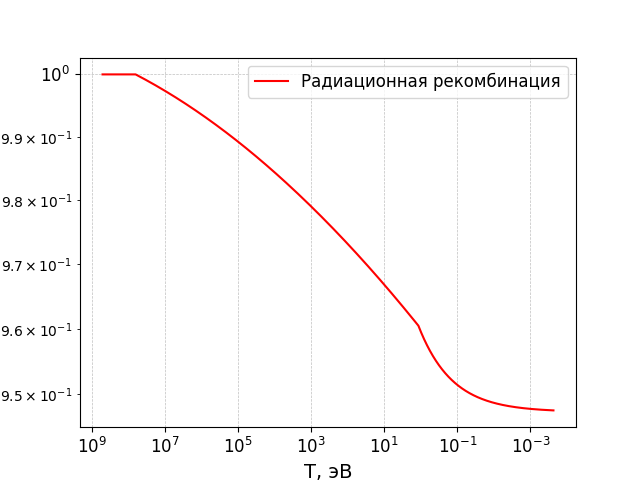
Repository: impermast/recombination
Script's output: python raschet/rec.py
An editor plug-in stored every save of this project. The script's output is shown before and after the next save, followed by the edit.
Random numbers start from a fixed seed.

Above is the script's output before, as saved 2023-05-17 16:11:39.

### raschet/rec.py

from math import gamma as Gamma
import numpy as np
from numpy import sqrt as sqrt
import matplotlib.pyplot as plt
from matplotlib import colors,ticker
from scipy import integrate
import seaborn as sns
import pandas as pd


#LOGIC -- 1 download data, else generate new
logic = 10
err=10**(-2)
#consts
#E ~ eV
ma = 100*10**9 #ev
mb = 1*10**12 #ev
alpha = 1/10 #none

beta = 14/5
sigma = 8*np.pi*(alpha/ma)**2/3
r0 = 4.7*10**(-13) #r T_rec
T0 = 2.35*10**(-4) #our time
m_pl = 1.22*10**(19+9) #plank mass ev
h_md = 3.08*10**(-14)  #from artile
t_rm = 1.2             #time of rd md transition
t_mod = 4.4*10**(17+16)/(6.582) #
I = ma*alpha*alpha/2 #ev Ionisation potential
mu = ma*mb/(ma+mb)  #reduced weight
s0 = (4*np.pi)**(2/5) *np.pi* (alpha/mu)**2 #coef in kramers
kappa = 43/345
B = alpha*mu/2
Ta = 0.2*10**6*(ma/(100*10**9))**(3/2)*(1/(100*alpha))
Tny = Ta*kappa**(-1/3)/sqrt(np.pi)

def g_s(T):
    return 2+2*8*(T>200*10**6)+ 7/8*(2*2*(T>0.5/3*10**6))+ 2*2*(T>100/3*10**6) + 2*2*(T>2/3*10**9) + 2*1*3*(T>=10**6)+2*1*3*4/11*(T<10**6)+ 2*2*3*2*(T>200*10**6) + 2*2*3*(T>200*10**6) + 2*2*3*(T>1.8/3*10**9) + 2*2*3*(T>4.5/3*10**9)+ 7/8*2*2*3*(T>171/3*10**9)
def g_e(T):
    return 2+2*8*(T>200*10**6)+ 7/8*(2*2*(T>0.5/3*10**6))+ 2*2*(T>100/3*10**6) + 2*2*(T>2/3*10**9) + 2*1*3*(T>=10**6)+ 2*1*3*(4/11)**(4/3)*(T<10**6)+ 2*2*3*2*(T>200*10**6) + 2*2*3*(T>200*10**6) + 2*2*3*(T>1.8/3*10**9) + 2*2*3*(T>4.5/3*10**9)+ 7/8*2*2*3*(T>171/3*10**9)


def H(t):
    # Hubble const on RD and MD from temperature
    if t < t_rm:
        #MD
        return h_md/m_pl**(1/2)
    else:
        return 5.5*np.sqrt(g_e(t_rm)/11)/m_pl


def lim_3b(x):
    """
    Function that calculs limit on 3body recombination density

    x(list):    Temperature of O-fotons

    return list of density of unrecombined particles
    """
    r_pit = (Ta**2/(x**4)) / ((4*np.pi*alpha)**3 *r0*(2*np.pi**2*g_s(x)/45)*sqrt(ma/mb))
    return r_pit


def heatplot(df):
    # heatplot of maximal denity for different model parameters
    sns.set_theme(style="dark")
    sns.set_style("ticks")
    fig, ax = plt.subplots(figsize=(9, 6))
    sns.heatmap(df, annot=True, linewidths=.5, ax=ax, cmap='coolwarm', cbar_kws={'label': 'Значения относительной плотности'})
    ax.set(xlabel=r'$m_a$, эВ', ylabel=r'$\alpha_y$', title='Относительная плотность прорекомбинировавших частиц для различных параметров модели')
    ax.xaxis.set_major_formatter(ticker.FuncFormatter(lambda x, pos: f'$10^{{{(x-0.5):.0f}}}$'))
    ylabels = ["{:0.1f}".format(float(item.get_text()))
                for item in ax.get_yticklabels()]
    xlabels = ["$10^{%0.0f}$"%(np.log10(float(item.get_text()))) for item in ax.get_xticklabels()]
    ax.set_yticklabels(ylabels)
    ax.set_xticklabels(xlabels)
    plt.xticks(rotation=0)

    # Add contour lines
    # x = np.arange(df.shape[1])
    # y = np.arange(df.shape[0])
    # X, Y = np.meshgrid(x, y)
    # levels = np.linspace(df.values.min(), df.values.max(), 10)
    # CS = ax.contour(X + 0.5, Y + 0.5, df.values, levels, colors='k')
    # ax.clabel(CS, inline=True, fontsize=10, fmt='%1.1f')
    # plt.show()

def kriteria(alp_range,m_range):
    """
    Creation of dataframe of maximal density of recombined particles from different alpha and ma (model parameters)

    dens(list):  2D massive of density data
    alp_range(list):    1D list of parameters alpha
    m_range(list):      1D list of electron mass parameter
    krit(list):         1D list of density, that used to find point where limit and 3body recombination density are equal

    create csv file of dataframe
    """
    dens = [0]*len(alp_range)
    dens1 = []
    k=0
    for alpha in alp_range:
        for ma in m_range:
            [T,rk,r3,rc,rlim] = calc(alpha,ma,mb)
            krit=[i for i, j in zip(r3, rlim) if abs(i-j)<err and i<0.1]
            try: dens1.append(float(-np.log(krit[-1])))
            except IndexError: dens1.append(0)
        dens[k]=dens1
        dens1=[]
        print("At ",k+1,"  itteration")
        k+=1
    df = pd.DataFrame(dens, index=alp_range,columns=m_range)
    df.to_csv('data.csv')

def calc(alpha,ma,mb):
    """
    Calculates the temperature-dependent rates for various processes.

    Args:
        I (float): Initial temperature of photons.
        T0 (float): Present-day temperature of photons.
        kappa (float): Ratio of photon number density to baryon number density.
        lim_3b (function): Function that calculates the three-body rate limit.
        t_rm (float): Time of radiation-matter equality.
        alpha (float): Fine-structure constant.
        ma (float): Mass of electron.
        mb (float): Mass of baryon.
        beta (float): Power law index.
        g_s (function): Function that calculates the entropy degrees of freedom.
        s0 (float): Present-day entropy density.
        m_pl (float): Planck mass.
        mu (float): Ratio of proton mass to electron mass.

    Returns:
        list: A list containing the temperature-dependent rates for various processes.
    """
    T = [] # Temperature of photons
    z = [] #redshift
    rk = [] # r for kramerz

    #after decouple of dphoton
    i = 0
    T = [(I)]
    z = [T[i]/T0 -1]
    rk = [1] #initial r=1 Kramers case
    r3b = [1] #3body case
    rcl = [1] #classical
    rlim =[lim_3b(T[i])] #pitevski lim

    #until O-photons decouple
    while T[i]>(I/10)*kappa**(-1/3):
        i = i+1
        T = T + [T[i-1]/2]
        rk = rk + [1]
        r3b = r3b+[1]
        rcl = rcl+[1]
        rlim = rlim + [lim_3b(T[i])]
        z.append(T[i]/T0 -1)

    # until RD MD transition
    j = i
    while T[i]>t_rm:
        i=i+1
        T = T + [T[i-1]*0.9]
        z.append(T[i]/T0 -1)
        rk = rk + [(1+4.71*10**8*r0*((np.log(np.sqrt(I*Ta/T[i])))**2-(np.log(np.sqrt(I*Ta/T[j])))**2))**(-1)]
        D = (2*np.pi**2*g_s(T[i])/45)**2 * (4*np.pi*alpha)**5 * (2*np.sqrt(ma)*Ta**(9/2)/mb) / H(T[i])
        r3b = r3b + [(1+ D*2/5*r0*r0*(T[i]**(-5)-I**(-5)))**(-1/2)]

        Dcl = Gamma(2-beta/2)*g_s(T[i])*s0*m_pl*(mu*Ta)**((beta-1)/2)/ ((beta-2)*2**((beta-3)/2)*np.sqrt(45*g_s(T[j])))
        rcl = rcl + [(1+Dcl*r0*(T[i]**(2-beta)-T[j]**(2-beta)))**(-1)]
        rlim = rlim + [lim_3b(T[i])]

    #until now
    j=i
    rk_rm=rk[j]
    rcl_rm=rcl[j]
    r3b_rm = r3b[j]
    while T[i]>T0:
        i=i+1
        T = T + [T[i-1]*0.99]
        z.append(T[i]/T0 -1)
        rk = rk + [rk_rm*(1+1.7*10**9*rk_rm*r0*(T[j]**0.5*(np.log(np.sqrt(I*Ta/T[j]))+2)-T[i]**0.5*(np.log(np.sqrt(I*Ta/T[i]))+2)))**(-1)]
        D = (2*np.pi**2*g_s(T[i])/45)**2 * (4*np.pi*alpha)**5 * (2*np.sqrt(ma)*Ta**(9/2)/mb) / H(T[i])
        r3b = r3b +[r3b_rm*(1+D*r3b_rm*r3b_rm*r0*r0* 4/9 * (T[i]**(-9/2)-T[j]**(-9/2)))**(-1/2)]
        Dcl = Gamma(2-beta/2)*g_s(T[i])*s0*m_pl*(mu*Ta)**((beta-1)/2)/ ((beta-2.5)*2**((beta-3)/2)*np.sqrt(45*g_s(T[j])))/np.sqrt(t_rm)
        rcl = rcl + [rcl_rm*(1+Dcl*rcl_rm*r0*(T[i]**(2.5-beta)-T[j]**(2.5-beta)))**(-1)]
        rlim = rlim + [lim_3b(T[i])]

    return [T,rk,r3b,rcl,rlim]


def graphlim(T,rk,r3,rcl,rlim):
    # graphplotter used to plot r(T) graphs
    fig, ax = plt.subplots(1,1)
    ax.plot(T,r3,'b',label ="Трехчастичная рекомбинация")
    ax.plot(T,rlim, "--g",label ="Предел применимости")
    # ax.plot(T,r2,'g', label ="Радиационная рекомбинация")
    ax.set_xlabel('T, эВ', fontsize=14)
    ax.set_ylabel(r'$r/r_0$', fontsize=14)
    ax.set_xlim([10**7, 10**3])
    ax.set_ylim([10**(-10), 10**(8)])
    ax.text(10**(4.5), 10**(-7),
            r'$m_a = 10^{%0.0f}$ эВ'%(np.log10(ma))+"\n"+
            r'$m_b = 10^{%0.0f}$ эВ'%(np.log10(mb))+"\n"+
            r'$\alpha = $'+repr(alpha),
            fontsize=12, bbox={'facecolor': 'white', 'alpha': 0.5, 'pad': 10})

    ax.tick_params(labelsize=12)
    ax.grid(color='gray', linestyle='--', linewidth=0.5, alpha=0.5)
    ax.legend(fontsize=12)
    # ax.invert_xaxis()
    plt.semilogx()
    plt.semilogy()
    plt.show()
def classkram3body(T,rk,r3,rcl,rlim):
    # graphplotter used to plot r(T) graphs
    fig, ax = plt.subplots(1,1)
    ax.plot(T,r3,'b',label ="Трехчастичная рекомбинация")
    ax.plot(T,rk,'r', label ="Радиационная рекомбинация")
    ax.plot(T,rcl,'g', label ="Классическая рекомбинация")
    ax.set_xlabel('T, эВ', fontsize=14)
    ax.set_ylabel(r'$r/r_0$', fontsize=14)
    # ax.set_xlim([10**8, 10**3])
    # ax.set_ylim([10**(-10), 10**(8)])
    ax.text(10**(8), 10**(-11),
            r'$m_a = 10^{%0.0f}$ эВ'%(np.log10(ma))+"\n"+
            r'$m_b = 10^{%0.0f}$ эВ'%(np.log10(mb))+"\n"+
            r'$\alpha = $'+repr(alpha),
            fontsize=12, bbox={'facecolor': 'WhiteSmoke', 'alpha': 0.5, 'pad': 10})
    ax.tick_params(labelsize=12)
    ax.grid(color='gray', linestyle='--', linewidth=0.5, alpha=0.5)
    ax.legend(fontsize=12)
    ax.invert_xaxis()
    plt.semilogx()
    plt.semilogy()
    plt.show()
def graph(T,rk,r3,rcl,rlim):
    # graphplotter used to plot r(T) graphs
    fig, ax = plt.subplots(1,1)
    # ax.plot(T,r3,'b',label ="Трехчастичная рекомбинация")
    # ax.plot(T,rlim, "--g",label ="Предел применимости")
    ax.plot(T,rk,'r', label ="Радиационная рекомбинация")
    # ax.plot(T,rcl,'g', label ="Классическая рекомбинация")
    ax.set_xlabel('T, эВ', fontsize=14)
    ax.set_ylabel(r'$r/r_0$', fontsize=14)
    # ax.set_xlim([10**8, 10**3])
    # ax.set_ylim([10**(-10), 10**(8)])
    ax.text(10**(8), 10**(-11),
            r'$m_a = 10^{%0.0f}$ эВ'%(np.log10(ma))+"\n"+
            r'$m_b = 10^{%0.0f}$ эВ'%(np.log10(mb))+"\n"+
            r'$\alpha = $'+repr(alpha),
            fontsize=12, bbox={'facecolor': 'WhiteSmoke', 'alpha': 0.5, 'pad': 10})
    ax.tick_params(labelsize=12)
    ax.grid(color='gray', linestyle='--', linewidth=0.5, alpha=0.5)
    ax.legend(fontsize=12)
    ax.invert_xaxis()
    plt.semilogx()
    plt.semilogy()
    plt.show()

def main():
    alp_range = np.logspace(-1,3,10)
    m_range = np.logspace(16,21,10)
    if logic == 1:
        try:
            df = pd.read_csv('data.csv')
        except FileNotFoundError:
            print(u'Saved data not found')
            df = kriteria(alp_range,m_range)
    elif logic == 0:
        kriteria(alp_range,m_range)
    else:
        pass


    # df = pd.read_csv('data.csv', index_col=0)
    # heatplot(df)
    # print(df)

    [T,rk,r3,rcl,rlim] = calc(alpha,ma,mb)
    graph(T,rk,r3,rcl,rlim)


main()

After the next save:
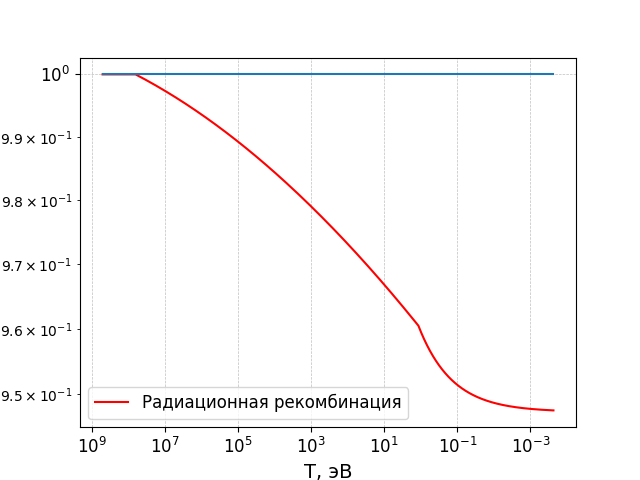
Saved 49 s later.
--- a/raschet/rec.py
+++ b/raschet/rec.py
@@ -242,6 +242,7 @@ def graph(T,rk,r3,rcl,rlim):
     # ax.plot(T,rlim, "--g",label ="Предел применимости")
     ax.plot(T,rk,'r', label ="Радиационная рекомбинация")
     # ax.plot(T,rcl,'g', label ="Классическая рекомбинация")
+    ax.plot(T,[1]*len(T))
     ax.set_xlabel('T, эВ', fontsize=14)
     ax.set_ylabel(r'$r/r_0$', fontsize=14)
     # ax.set_xlim([10**8, 10**3])
